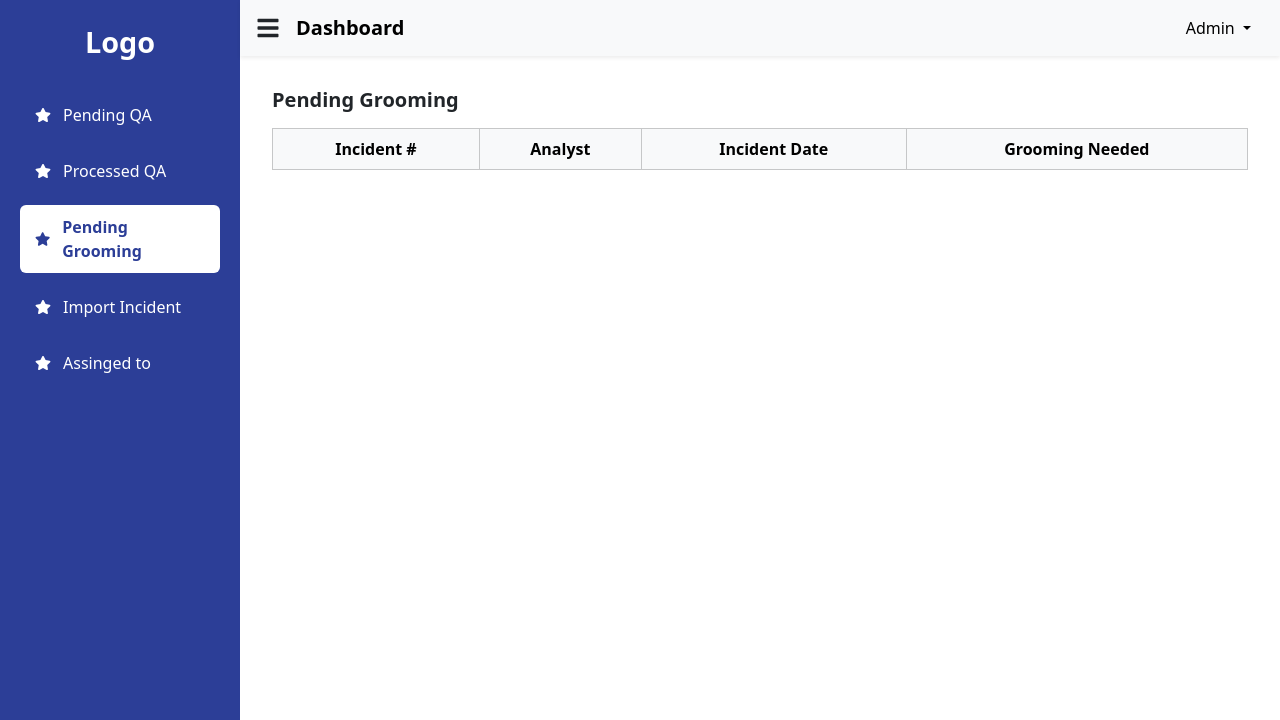
Repository: ArunGOW/ServiceNow_QA-audit
Page: /dashboard/pending-grooming
An editor plug-in stored every save of this project. The page is shown before and after the next save, followed by the edit.
The browser window is 1280 px wide. The pictures show the whole page.
The page's requests for data from a server got no answer. The project was rebuilt for these pictures with package versions that can differ from the ones it lists, and the page was loaded fresh each time. No one was signed in, and anything a server would have sent is missing. Also part of the build but not shown: vite.config.js, src/components/Login.jsx, src/components/layout/Topbar.css, src/hooks/usePendingIncidents.jsx, src/components/tables/PendingQATable.jsx, src/pages/PendingQAPage.jsx, src/hooks/useProcessedIncidents.jsx, src/components/tables/ProcessedQATable.jsx and 2 more.

Above is the page before, as saved 2025-09-15 19:32:27.

### index.html
<!doctype html>
<html lang="en">
  <head>
    <meta charset="UTF-8" />
    <link rel="icon" href="data:," />
    <meta name="viewport" content="width=device-width, initial-scale=1.0" />
    <title>QA Tool</title>
  </head>
  <body>
    <div id="root"></div>
    <script type="module" src="/src/main.jsx"></script>
  </body>
</html>

### src/main.jsx
 import React from "react";
import ReactDOM from "react-dom/client";
import { BrowserRouter } from "react-router-dom";
import App from "./App";
import 'bootstrap/dist/css/bootstrap.min.css';


ReactDOM.createRoot(document.getElementById("root")).render(
  <BrowserRouter>
    <App />
  </BrowserRouter>
);

### src/App.jsx



//  import React from "react";
// import { Routes, Route, Navigate } from "react-router-dom";
// import Login from "./components/Login";
// import Dashboard from "./components/Dashboard";
// import { AuthProvider } from "./context/AuthContext";
// import ImportExcel from "./components/ImportExcel";


// function App() {
//   return (
//     <AuthProvider>
//       <Routes>

//         <Route path="/" element={<Navigate to="/login" replace />} />
//         <Route path="/login" element={<Login />} />
//         {/* <Route path="/dashboard" element={<Dashboard />} />
//         <Route path="/import-excel" element={<ImportExcel />} />

//         <Route path="/pending-qa" element={<Dashboard filter="Pending" />} /> */}
//         {/* ✅ Protect all dashboard routes */}
//         <Route
//           path="/dashboard/*"
//           element={
//             <ProtectedRoute>
//               <Layout>
//                 <Routes>
//                   <Route path="" element={<Dashboard />} />
//                   <Route path="processed-qa" element={<ProcessedQAPage />} />
//                   <Route path="pending-grooming" element={<GroomingPage />} />
//                   <Route path="import-incident" element={<ImportIncidentPage />} />
//                 </Routes>
//               </Layout>
//             </ProtectedRoute>
//           }
//         />


//       </Routes>
//     </AuthProvider>
//   );
// }

// export default App;

// src/App.jsx
import React from "react";
import { Routes, Route, Navigate } from "react-router-dom";
import Login from "./components/Login";
import Dashboard from "./components/Dashboard";
import { AuthProvider } from "./context/AuthContext";

// Pages
import PendingQAPage from "./pages/PendingQAPage";
import ProcessedQAPage from "./pages/ProcessedQAPage";
import GroomingPage from "./pages/GroomingPage";
import ImportIncidentPage from "./pages/ImportIncidentPage";

function App() {
  return (
    <AuthProvider>
      <Routes>
        {/* Redirect root to login */}
        <Route path="/" element={<Navigate to="/login" replace />} />

        {/* Login Page */}
        <Route path="/login" element={<Login />} />

        {/* Dashboard Layout with nested routes */}
        <Route path="/dashboard" element={<Dashboard />}>
          <Route path="pending-qa" element={<PendingQAPage />} />
          <Route path="processed-qa" element={<ProcessedQAPage />} />
          <Route path="pending-grooming" element={<GroomingPage />} />
          <Route path="import-incident" element={<ImportIncidentPage />} />
        </Route>
      </Routes>
    </AuthProvider>
  );
}

export default App;

### src/components/Dashboard.jsx
//  import { useState, useEffect, useContext } from "react";
// import axios from "axios";
// import Layout from "./layout/Layout";
// import PendingQATable from "./tables/PendingQATable";
// import ProcessedQATable from "./tables/ProcessedQATable";
// import PaginationControls from "./PaginationControls";
// import { AuthContext } from "../context/AuthContext";

// const Dashboard = () => {
//   const { user } = useContext(AuthContext); // ✅ get user info (user_sid)
//   const [pendingIncidents, setPendingIncidents] = useState([]);
//   const [processedIncidents, setProcessedIncidents] = useState([]);
//   const [loading, setLoading] = useState(true);
//   const [currentPage, setCurrentPage] = useState(1);
//   const [totalPages, setTotalPages] = useState(1);
//   const limit = 10;

//   useEffect(() => {
//     const fetchData = async () => {
//       if (!user?.user_sid) {
//         console.warn("⚠️ No user_sid found, skipping fetch.");
//         return;
//       }

//       setLoading(true);
//       try {
//         const skip = (currentPage - 1) * limit;

//         // ✅ Send skip, limit, and user_sid in POST body (NOT query string)
//         const res = await axios.post("http://localhost:8000/api/users/get/incidents", {
//           user_sid: user.user_sid,
//           skip,
//           limit,
//         });

//         console.log("📌 API Response:", res.data);

//         const allIncidents = res.data?.incidents || [];

//         setPendingIncidents(allIncidents.filter((i) => i.audit_status === "Pending"));
//         setProcessedIncidents(allIncidents.filter((i) => i.audit_status === "Completed"));

//         if (res.data?.totalCount) {
//           setTotalPages(Math.ceil(res.data.totalCount / limit));
//         }
//       } catch (error) {
//         console.error("❌ Error fetching incidents:", error);
//       } finally {
//         setLoading(false);
//       }
//     };

//     fetchData();
//   }, [currentPage, user]);

//   return (
//     <Layout>
//       <PendingQATable incidents={pendingIncidents} loading={loading} />
//       <ProcessedQATable incidents={processedIncidents} />
//       <div className="d-flex justify-content-center mt-3">
//         <PaginationControls
//           currentPage={currentPage}
//           totalPages={totalPages}
//           handlePrevious={() => setCurrentPage((p) => Math.max(p - 1, 1))}
//           handleNext={() => setCurrentPage((p) => p + 1)}
//         />
//       </div>
//     </Layout>
//   );
// };

// export default Dashboard;


// src/components/Dashboard.jsx
import { Outlet } from "react-router-dom";
import { useState } from "react";
import Sidebar from "./layout/Sidebar";
import Topbar from "./layout/Topbar";

const Dashboard = () => {
  const [sidebarOpen, setSidebarOpen] = useState(true);

  return (
    <div className="d-flex">
      {/* Sidebar */}
      {sidebarOpen && <Sidebar />}

      {/* Main Content */}
      <div className="flex-grow-1">
        <Topbar onToggleSidebar={() => setSidebarOpen(!sidebarOpen)} />
        <div className="p-3">
          <Outlet /> {/* Child routes render here */}
        </div>
      </div>
    </div>
  );
};

export default Dashboard;

### src/context/AuthContext.jsx
//  // src/context/AuthContext.jsx
// import { createContext, useContext, useState, useEffect } from "react";

// const AuthContext = createContext();

// export const AuthProvider = ({ children }) => {
//   const [user, setUser] = useState(null);

//   useEffect(() => {
//     const storedUser = localStorage.getItem("user");
//     if (storedUser) {
//       setUser(JSON.parse(storedUser));
//     }
//   }, []);

//   const login = (userData) => {
//     setUser(userData);
//     localStorage.setItem("user", JSON.stringify(userData));
//   };

//   const logout = () => {
//     setUser(null);
//     localStorage.removeItem("user");
//   };

//   return (
//     <AuthContext.Provider value={{ user, login, logout }}>
//       {children}
//     </AuthContext.Provider>
//   );
// };

// // ✅ Add this export
// export const useAuth = () => useContext(AuthContext);


// src/context/AuthContext.jsx
import React, { createContext, useContext, useState, useEffect } from "react";

const AuthContext = createContext();

export const AuthProvider = ({ children }) => {
  const [user, setUser] = useState(null);

  useEffect(() => {
    const storedUser = localStorage.getItem("user");
    if (storedUser) {
      setUser(JSON.parse(storedUser));
    }
  }, []);

  const login = (userData) => {
    setUser(userData);
    localStorage.setItem("user", JSON.stringify(userData));
  };

  const logout = () => {
    setUser(null);
    localStorage.removeItem("user");
  };

  return (
    <AuthContext.Provider value={{ user, login, logout }}>
      {children}
    </AuthContext.Provider>
  );
};

export const useAuth = () => useContext(AuthContext);

### src/pages/GroomingPage.jsx
// src/pages/GroomingPage.jsx
import { useState, useEffect } from "react";
import axios from "axios";
import { Table, Spinner } from "react-bootstrap";

const GroomingPage = () => {
  const [incidents, setIncidents] = useState([]);
  const [loading, setLoading] = useState(true);

  useEffect(() => {
    const fetchData = async () => {
      setLoading(true);
      try {
        const res = await axios.post("http://localhost:8000/api/users/get/incidents", {
          skip: 0,
          limit: 20,
        });
        setIncidents(res.data.grooming || []);
      } catch (error) {
        console.error("Error fetching grooming incidents:", error);
      } finally {
        setLoading(false);
      }
    };
    fetchData();
  }, []);

  return (
    <div className="p-3">
      <h5 className="fw-bold mb-3">Pending Grooming</h5>
      {loading ? (
        <div className="text-center py-5">
          <Spinner animation="border" variant="primary" />
        </div>
      ) : (
        <Table bordered hover responsive className="align-middle text-center">
          <thead className="table-light">
            <tr>
              <th>Incident #</th>
              <th>Analyst</th>
              <th>Incident Date</th>
              <th>Grooming Needed</th>
            </tr>
          </thead>
          <tbody>
            {incidents.map((incident, index) => (
              <tr key={index}>
                <td>{incident.incident_number || "N/A"}</td>
                <td>{incident.assigned_analyst || "N/A"}</td>
                <td>{incident.incident_date || "N/A"}</td>
                <td>{incident.grooming_needed ? "Yes" : "No"}</td>
              </tr>
            ))}
          </tbody>
        </Table>
      )}
    </div>
  );
};

export default GroomingPage;

### src/components/layout/sidebar.jsx
//  // src/components/layout/Sidebar.jsx
// import { Nav } from "react-bootstrap";
// import { FaStar } from "react-icons/fa";
// import { Link, useLocation } from "react-router-dom";

// const Sidebar = () => {
//   const location = useLocation();

//   const menuItems = [
//     { path: "/pending-qa", label: "Pending QA" },
//     { path: "/processed-qa", label: "Processed QA" },
//     { path: "/pending-grooming", label: "Pending Grooming" },
//     { path: "/import-incident", label: "Import Incident" },
//     { path: "/export-incident", label: "Export Incident" },
//   ];

//   return (
//     <div>
//       <h2 className="p-3 fw-bold border-bottom">Logo</h2>
//       <Nav className="flex-column">
//         {menuItems.map((item) => (
//           <Nav.Item key={item.path}>
//             <Link
//               to={item.path}
//               className={`d-flex align-items-center px-3 py-2 text-decoration-none ${
//                 location.pathname === item.path
//                   ? "bg-light text-dark rounded"
//                   : "text-white"
//               }`}
//             >
//               <FaStar className="me-2" />
//               {item.label}
//             </Link>
//           </Nav.Item>
//         ))}
//       </Nav>
//     </div>
//   );
// };

// export default Sidebar;


// src/components/layout/Sidebar.jsx
import { NavLink } from "react-router-dom";
import { FaStar } from "react-icons/fa";
import "./Sidebar.css";

const Sidebar = () => {
  return (
    <div className="sidebar">
      <div className="logo">Logo</div>
      <nav>
        <NavLink to="/dashboard/pending-qa" activeClassName="active">
          <FaStar /> Pending QA
        </NavLink>
        <NavLink to="/dashboard/processed-qa" activeClassName="active">
          <FaStar /> Processed QA
        </NavLink>
        <NavLink to="/dashboard/pending-grooming" activeClassName="active">
          <FaStar /> Pending Grooming
        </NavLink>

        <NavLink to="/dashboard/import-incident" activeClassName="active">
          <FaStar /> Import Incident
        </NavLink>
        <NavLink to="/export-incident" activeClassName="active">
          <FaStar />  Assinged to
        </NavLink>
      </nav>
    </div>
  );
};

export default Sidebar;

### src/components/layout/Topbar.jsx
// // src/components/layout/Topbar.jsx
// import { Navbar, Nav, Dropdown } from "react-bootstrap";
// import { FaBars } from "react-icons/fa";


// const Topbar = ({ onToggleSidebar }) => {
//   return (
//     <Navbar bg="light" expand="lg" className="shadow-sm px-3">
//       <FaBars
//         className="me-3"
//         style={{ cursor: "pointer", fontSize: "1.5rem" }}
//         onClick={onToggleSidebar}
//       />
//       <Navbar.Brand className="fw-bold">Dashboard</Navbar.Brand>
//       <Nav className="ms-auto">
//         <Dropdown align="end">
//           <Dropdown.Toggle variant="light" id="dropdown-basic">
//             Admin
//           </Dropdown.Toggle>
//           <Dropdown.Menu>
//             <Dropdown.Item>Profile</Dropdown.Item>
//             <Dropdown.Item>Logout</Dropdown.Item>
//           </Dropdown.Menu>
//         </Dropdown>
//       </Nav>
//     </Navbar>
//   );
// };

// export default Topbar;


 // src/components/layout/Topbar.jsx
import { Navbar, Nav, Dropdown } from "react-bootstrap";
import { FaBars } from "react-icons/fa";
import { useAuth } from "../../context/AuthContext";   // ✅ import hook
import { useNavigate } from "react-router-dom";
import './Topbar.css'

const Topbar = ({ onToggleSidebar }) => {
  const { logout, user } = useAuth();  //  get user + logout
  const navigate = useNavigate();

  const handleLogout = () => {
    logout();            // clear user + localStorage
    navigate("/login");  // redirect to login page
  };

  return (
    <Navbar bg="light" expand="lg" className="shadow-sm px-3">
      <FaBars
        className="me-3"
        style={{ cursor: "pointer", fontSize: "1.5rem" }}
        onClick={onToggleSidebar}
      />
      <Navbar.Brand className="fw-bold">Dashboard</Navbar.Brand>
      <Nav className="ms-auto">
        <Dropdown align="end">
          <Dropdown.Toggle variant="light" id="dropdown-basic">
            {user?.name || "Admin"}  {/*  show logged-in user name */}
          </Dropdown.Toggle>
          <Dropdown.Menu>
            <Dropdown.Item>Profile</Dropdown.Item>
            <Dropdown.Item onClick={handleLogout}>Logout</Dropdown.Item>
          </Dropdown.Menu>
        </Dropdown>
      </Nav>
    </Navbar>
  );
};

export default Topbar;

### src/components/layout/Sidebar.css
/* src/components/layout/Sidebar.css */
.sidebar {
  height: 100vh;
  width: 240px;
  background-color: #2c3e97; /* Deep Blue */
  color: white;
  display: flex;
  flex-direction: column;
  padding: 20px;
}

.sidebar .logo {
  font-size: 1.8rem;
  font-weight: bold;
  text-align: center;
  margin-bottom: 30px;
}

.sidebar nav {
  display: flex;
  flex-direction: column;
  gap: 12px;
}

.sidebar a {
  display: flex;
  align-items: center;
  gap: 12px;
  padding: 10px 15px;
  text-decoration: none;
  color: white;
  font-size: 1rem;
  border-radius: 6px;
  transition: all 0.3s ease;
}

.sidebar a:hover {
  background-color: rgba(255, 255, 255, 0.15);
}

.sidebar a.active {
  background-color: white;
  color: #2c3e97;
  font-weight: bold;
}

.sidebar hr {
  border: none;
  border-top: 1px solid rgba(255, 255, 255, 0.2);
  margin: 15px 0;
}

### src/components/PaginationControls.jsx
// import React from "react";
// import CustomButton from "./CustomButton";

// const PaginationControls = ({ currentPage, totalPages, handlePrevious, handleNext }) => {
//   return (

// <div className="d-flex justify-content-center align-items-center mt-3 pt-3 border-top">
//   <CustomButton
//     variant="outline-primary"
//     disabled={currentPage === 1}
//     onClick={handlePrevious}
//     className="me-3"
//   >
//     ⬅️ Previous
//   </CustomButton>

//   <span className="fw-semibold text-dark">
//     {currentPage} / {totalPages}
//   </span>

//   <CustomButton
//     variant="outline-primary"
//     disabled={currentPage === totalPages}
//     onClick={handleNext}
//     className="ms-3"
//   >
//     Next ➡️
//   </CustomButton>
// </div>

//   );
// };

// export default PaginationControls;

// src/components/PaginationControls.jsx
import { Button } from "react-bootstrap";

const PaginationControls = ({ currentPage, totalPages, handlePrevious, handleNext }) => {
  return (
    <div className="d-flex justify-content-center gap-2 mt-3">
      <Button
        variant="outline-primary"
        onClick={handlePrevious}
        disabled={currentPage === 1}
      >
        Previous
      </Button>
      <span className="align-self-center">
        Page {currentPage} of {totalPages}
      </span>
      <Button
        variant="outline-primary"
        onClick={handleNext}
        disabled={currentPage === totalPages}
      >
        Next
      </Button>
    </div>
  );
};

export default PaginationControls;

### src/hooks/useGroomingIncidents.jsx
import { useState, useEffect } from "react";
import axios from "axios";
import { useAuth } from "../context/AuthContext";

const useGroomingIncidents = (currentPage, limit = 10) => {
  const { user } = useAuth();
  const [groomingIncidents, setGroomingIncidents] = useState([]);
  const [loading, setLoading] = useState(true);
  const [totalPages, setTotalPages] = useState(1);

  useEffect(() => {
    const fetchData = async () => {
      if (!user?.user_sid) {
        console.warn("⚠️ No user_sid found, skipping fetch.");
        return;
      }

      setLoading(true);
      try {
        const res = await axios.post(
          "http://localhost:8000/api/users/user/grooming-needed",
          {
            user_sid: user.user_sid,
            page: currentPage,
            per_page: limit,
          }
        );

        console.log("📌 Grooming API Response:", res.data);

        // ✅ Assume data is inside response array
        setGroomingIncidents(Array.isArray(res.data.response) ? res.data.response : []);

        // ✅ Calculate total pages if available
        if (res.data.total) {
          setTotalPages(Math.ceil(res.data.total / limit));
        }
      } catch (error) {
        console.error("❌ Error fetching grooming incidents:", error);
      } finally {
        setLoading(false);
      }
    };

    fetchData();
  }, [currentPage, user, limit]);

  return { groomingIncidents, loading, totalPages };
};

export default useGroomingIncidents;

### src/components/tables/GroomingTable.jsx
import { Table, Spinner } from "react-bootstrap";

const GroomingTable = ({ incidents, loading }) => {
  console.log("📌 Grooming incidents passed to table:", incidents);

  return (
    <div className="bg-white rounded shadow-sm p-3">
      <h5 className="fw-bold mb-3">Pending Grooming</h5>
      {loading ? (
        <div className="text-center py-5">
          <Spinner animation="border" variant="primary" />
        </div>
      ) : (
        <Table bordered hover responsive className="align-middle text-center">
          <thead className="table-light">
            <tr>
              <th>Incident No</th>
              <th>Assigned Analyst</th>
              <th>Incident Date</th>
              <th>Priority</th>
            </tr>
          </thead>
          <tbody>
            {incidents.length > 0 ? (
              incidents.map((incident, index) => (
                <tr key={incident.sid || index}>
                  <td>{incident.incident_number}</td>
                  <td>{incident.assigned_analyst}</td>
                  <td>{incident.incident_date}</td>
                  <td>{incident.priority || "N/A"}</td>
                </tr>
              ))
            ) : (
              <tr>
                <td colSpan="4">No grooming incidents found.</td>
              </tr>
            )}
          </tbody>
        </Table>
      )}
    </div>
  );
};

export default GroomingTable;

After the next save:
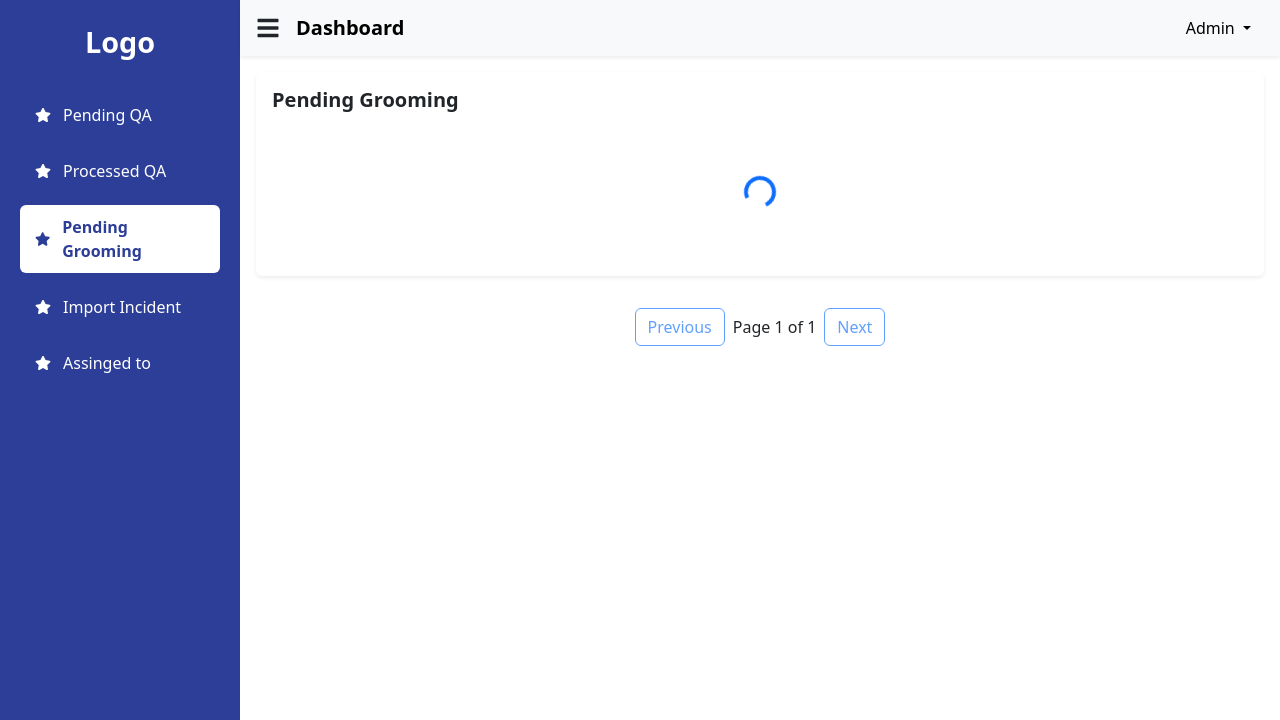
Saved 40 s later.
--- a/src/pages/GroomingPage.jsx
+++ b/src/pages/GroomingPage.jsx
@@ -1,60 +1,24 @@
-// src/pages/GroomingPage.jsx
-import { useState, useEffect } from "react";
-import axios from "axios";
-import { Table, Spinner } from "react-bootstrap";
+ import { useState } from "react";
+import useGroomingIncidents from "../hooks/useGroomingIncidents";
+import GroomingTable from "../components/tables/GroomingTable";
+import PaginationControls from "../components/PaginationControls";
 
 const GroomingPage = () => {
-  const [incidents, setIncidents] = useState([]);
-  const [loading, setLoading] = useState(true);
-
-  useEffect(() => {
-    const fetchData = async () => {
-      setLoading(true);
-      try {
-        const res = await axios.post("http://localhost:8000/api/users/get/incidents", {
-          skip: 0,
-          limit: 20,
-        });
-        setIncidents(res.data.grooming || []);
-      } catch (error) {
-        console.error("Error fetching grooming incidents:", error);
-      } finally {
-        setLoading(false);
-      }
-    };
-    fetchData();
-  }, []);
+  const [currentPage, setCurrentPage] = useState(1);
+  const { groomingIncidents, loading, totalPages } = useGroomingIncidents(currentPage, 10);
 
   return (
-    <div className="p-3">
-      <h5 className="fw-bold mb-3">Pending Grooming</h5>
-      {loading ? (
-        <div className="text-center py-5">
-          <Spinner animation="border" variant="primary" />
-        </div>
-      ) : (
-        <Table bordered hover responsive className="align-middle text-center">
-          <thead className="table-light">
-            <tr>
-              <th>Incident #</th>
-              <th>Analyst</th>
-              <th>Incident Date</th>
-              <th>Grooming Needed</th>
-            </tr>
-          </thead>
-          <tbody>
-            {incidents.map((incident, index) => (
-              <tr key={index}>
-                <td>{incident.incident_number || "N/A"}</td>
-                <td>{incident.assigned_analyst || "N/A"}</td>
-                <td>{incident.incident_date || "N/A"}</td>
-                <td>{incident.grooming_needed ? "Yes" : "No"}</td>
-              </tr>
-            ))}
-          </tbody>
-        </Table>
-      )}
-    </div>
+    <>
+      <GroomingTable incidents={groomingIncidents} loading={loading} />
+      <div className="d-flex justify-content-center mt-3">
+        <PaginationControls
+          currentPage={currentPage}
+          totalPages={totalPages}
+          handlePrevious={() => setCurrentPage((p) => Math.max(p - 1, 1))}
+          handleNext={() => setCurrentPage((p) => Math.min(p + 1, totalPages))}
+        />
+      </div>
+    </>
   );
 };
 
